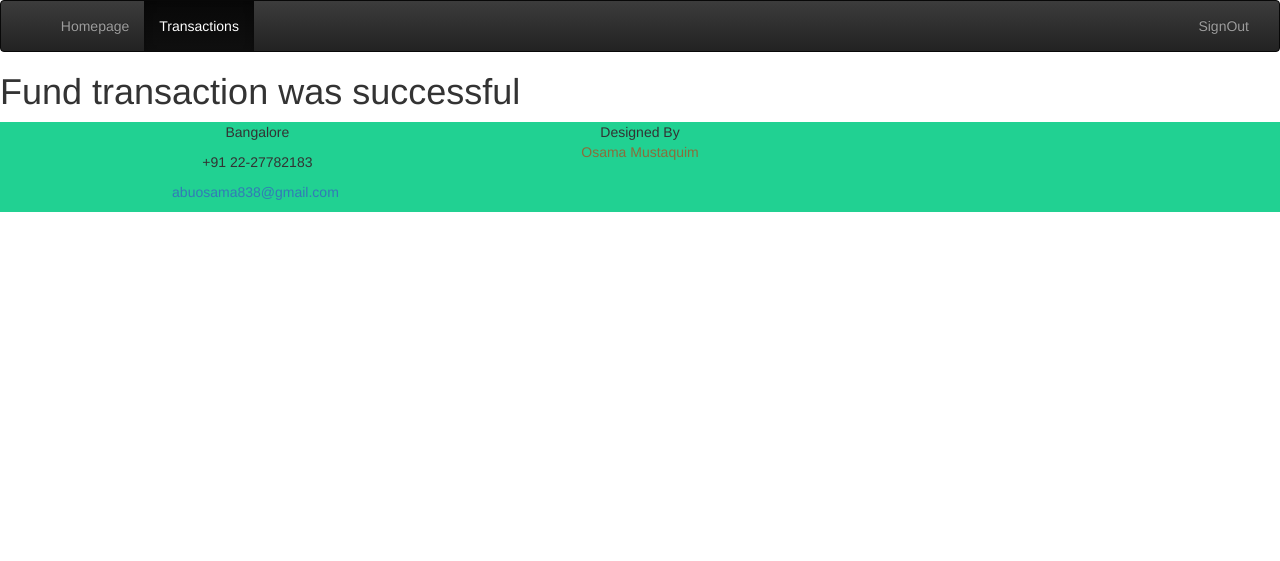
Repository: osamamustaquim/Online-Banking-Management-System
Page: http://localhost/BankApp/transfersuccess.jsp
An editor plug-in stored every save of this project. The page is shown before and after the next save, followed by the edit.
The browser window is 1280 px wide. The pictures show the whole page.
Some web fonts or font styles are not loaded; a fallback is used. The page is served by Tomcat 9.

Above is the page before, as saved 2020-04-10 17:08:41.

After the next save:
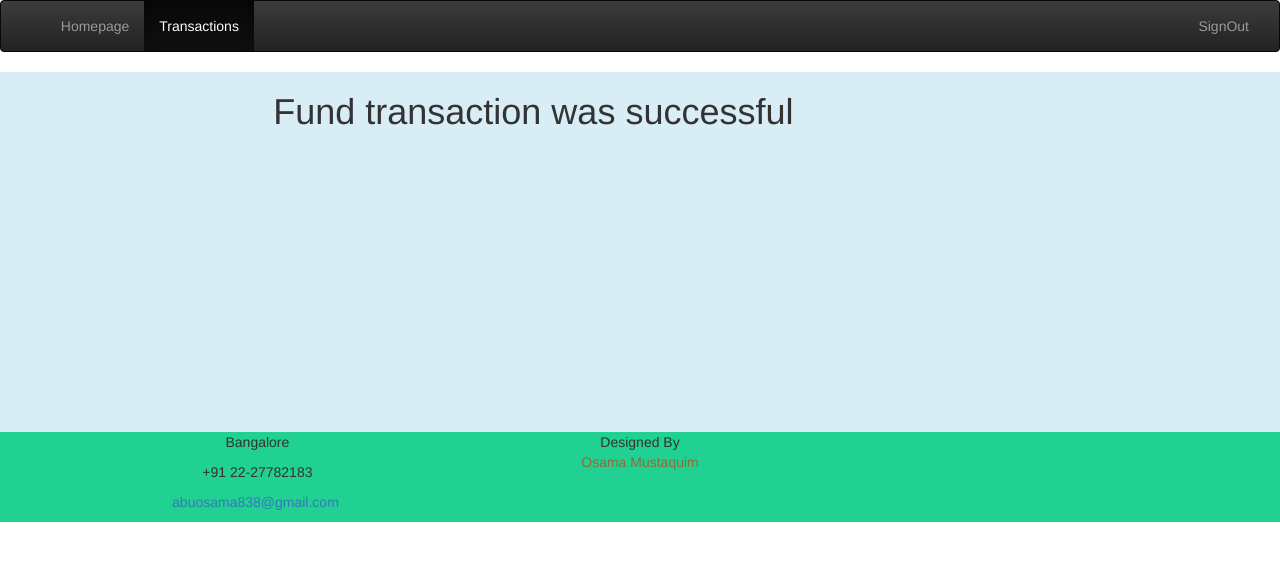
Saved 68 s later.
--- a/Online Banking Application using MVC model - Copy/BankApp/WebContent/transfersuccess.jsp
+++ b/Online Banking Application using MVC model - Copy/BankApp/WebContent/transfersuccess.jsp
@@ -42,7 +42,18 @@
 		</div>
 	</nav>
 
-<h1>Fund transaction was successful</h1>
+<!-- banner -->
+     <section>
+         <div class="container-fluid">
+             <div class="row bg-info justify-content-center align-items-center" style="height: 50vh">
+                <div class="col-sm-10 text-center">
+                    <h1 class="display-2 text-capitalize"><span class="text-warning"> </span><h1>Fund transaction was successful</h1><span class="text-white font-weight-bold"></span></h1>
+                </div>
+             </div>
+         </div>
+     </section>
+     <!-- end of banner -->
+
 
 <!-- footer -->
      <footer  style="background-color: #21d192">
